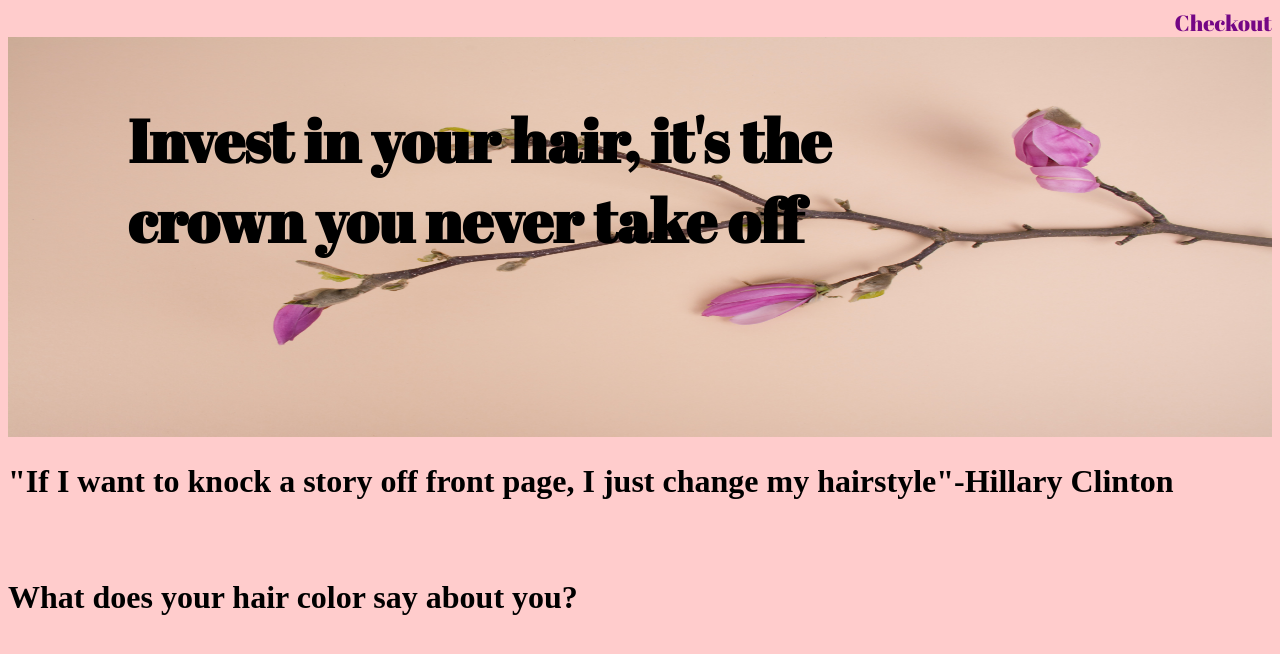
Repository: aarushi-07/Hair-and-Spa-booking-system
Page: http://localhost/salon/WEB-INF/jsp/hair.jsp
An editor plug-in stored every save of this project. The page is shown before and after the next save, followed by the edit.
The browser window is 1280 px wide. The pictures show the whole page.
The page is served by Tomcat 9. Nobody is signed in. Other server files are loaded and not shown. The template is opened directly, without the code that normally fills it, so the values that code supplies are empty.

Above is the page before, as saved 2020-07-10 07:52:38.

### salon/src/main/webapp/WEB-INF/jsp/hair.jsp
<%@ page import="java.io.*,java.util.*,java.sql.*"%>
<%@ page import="javax.servlet.http.*,javax.servlet.*"%>
<%@ taglib uri="http://java.sun.com/jsp/jstl/core" prefix="c"%>
<%@ taglib uri="http://java.sun.com/jsp/jstl/sql" prefix="sql"%>
<%@ page language="java" contentType="text/html; charset=ISO-8859-1"
	pageEncoding="ISO-8859-1"%>

<!DOCTYPE html>
<html>
<head>
<meta charset="ISO-8859-1">
<title>Haircut is all you need</title>
<link rel="stylesheet" href="../resources/css/all.css" />


<style>

table{
align:"center";
width: 70%;
}
th {
  text-align: centre;
}

@font-face {
	font-family: 'Abril Fatface';
	src : url("../resources/font/AbrilFatface-Regular.ttf");
}

@font-face{
    font-family: "Margarine";
    src: url("../resources/font/Margarine-Regular.ttf");
}

@font-face{
    font-family: "Nosifer";
    src: url("../resources/font/Nosifer-Regular.ttf");
}



</style>
</head>
<body>
	<div class="divSer">
		<a href="checkout">Checkout</a>
	</div>

	<div class="abril">
	<img src="../resources/images/bg.jpg" width=100% height=400px>
	<div class="centeredHair"><h1> Invest in your hair, it's the crown you never
		take off </h1></div>
	</div>

	<h1 class="margerine">"If I want to knock a story off front page, I just change my
		hairstyle"-Hillary Clinton</h1>
	<table align="center" >

		<c:forEach items="${style}" var="h">
			<tr>
				<td><img src="${h.img}" width="240" height="300" /></td>
				<td>${h.type}</td>
				<td>${h.price}</td>

			</tr>
		</c:forEach>
	</table>

	<br>
	<br>

	<h1 class="divf">What does your hair color say about you?</h1>
	<table >



		<c:forEach items="${color}" var="c">
			<tr>
				<td>${c.type}</td>
				<td>${c.price}</td>
				<td><img src="${c.img }" width="240" height="300" /></td>

			</tr>
		</c:forEach>
	</table>

</body>
</html>

### salon/src/main/webapp/resources/css/all.css
@charset "ISO-8859-1";

@font-face{
    font-family: "Margarine";
    src: url("../resources/font/Margarine-Regular.ttf");
}

@font-face{
    font-family: "Abril Fatface";
    src: url("../resources/font/AbrilFatface-Regular.ttf");
}


@font-face{
    font-family: "Nosifer";
    src: url("../resources/font/Nosifer-Regular.ttf");
}

.nosifer{
	font-family: "Nosifer";
	text-align: center;
}

.abril {
	font-family: 'Abril Fatface';
}


.margarine {
	font-family: "Margarine";
}

.divSer {
	border: none;
	text-align: right;
	font-family: "Abril Fatface";
	font-size: 22px;
}

a:link {
	text-decoration: none;
	font-family: "Abril Fatface";
	font-size: 22px;
	color: #740685;
}

a:hover {
	 color: #002733;

}

body {
	 background-color: #ffcccc ;
}

.centered {
  position: absolute;
  top: 20%;
  left: 50%;
  transform: translate(-50%, -50%);
}
.centeredHair {
  position: absolute;
  top: 25%;
  left: 40%;
  transform: translate(-50%, -50%);
  font-size: 30px;
}

After the next save:
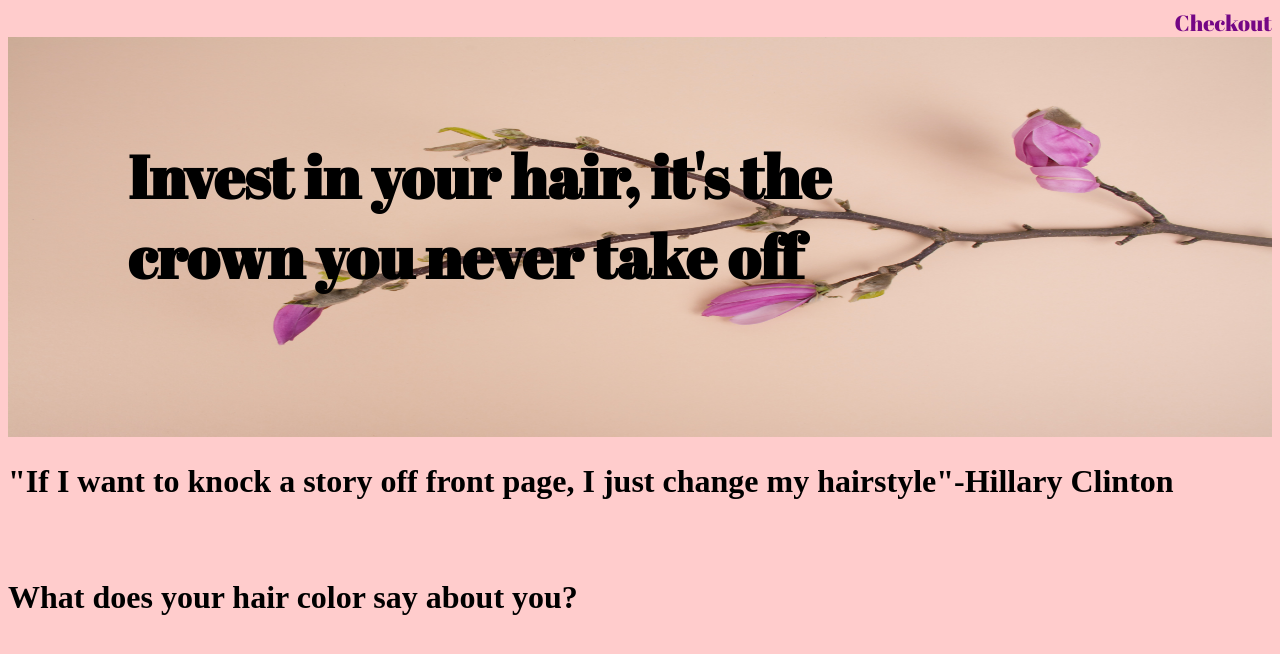
Saved 19 s later.
--- a/salon/src/main/webapp/resources/css/all.css
+++ b/salon/src/main/webapp/resources/css/all.css
@@ -61,7 +61,7 @@ body {
 }
 .centeredHair {
   position: absolute;
-  top: 25%;
+  top: 30%;
   left: 40%;
   transform: translate(-50%, -50%);
   font-size: 30px;
